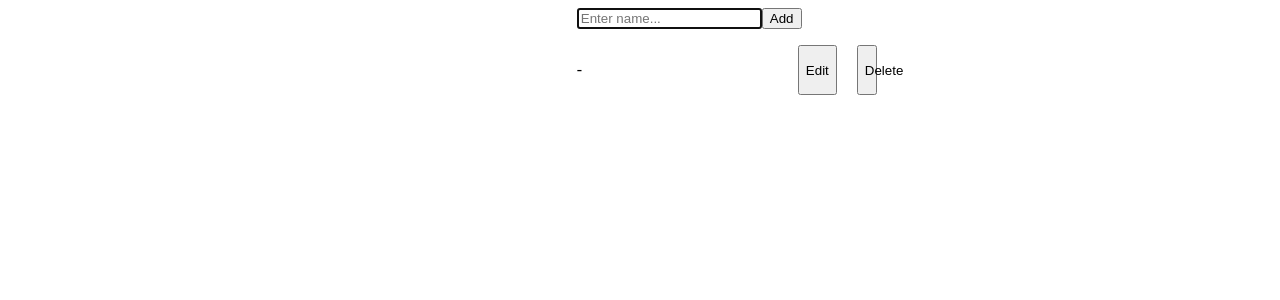
Repository: dohuuxuyen/redux-todolist
Page: /, after clicking the first element matching `button`
An editor plug-in stored every save of this project. The page is shown before and after the next save, followed by the edit.
The browser window is 1280 px wide. The pictures show the whole page.
The project was rebuilt for these pictures with package versions that can differ from the ones it lists, and the page was loaded fresh each time. Also part of the build but not shown: src/App.css.

Above is the page before, as saved 2022-04-30 14:00:40.

### src/index.js
import React from "react";
import ReactDOM from "react-dom/client";
import { Provider } from "react-redux";
import App from "./App";
import store from "./redux/store";

const root = ReactDOM.createRoot(document.getElementById("root"));
root.render(
  <Provider store={store}>
    <App />
  </Provider>
);

### src/App.js
import "./App.css";
import Todos from "./components/Todos/Todos";

function App() {
  return (
    <div className="App">
      <Todos />
    </div>
  );
}

export default App;

### src/components/Todos/Todos.jsx
import React, { useRef } from "react";
import { useDispatch, useSelector } from "react-redux";
import { addTodos, deleteTodos, setTodoInput } from "../../redux/actions";
import { todoInputSelector, todosSelector } from "../../redux/selector";

const Todos = () => {
  const refTodoInput = useRef();
  const todoInput = useSelector(todoInputSelector);
  const todos = useSelector(todosSelector);
  const dispatch = useDispatch();
  console.log(todos);

  const handleTodoInputChange = (e) => {
    dispatch(setTodoInput(e.target.value));
  };

  const handleAdd = () => {
    dispatch(addTodos(todoInput));
    dispatch(setTodoInput(""));
    refTodoInput.current.focus();
  };
  console.log(todoInput);

  const handleDelete = (index) => {
    dispatch(deleteTodos(index));
  };
  return (
    <div style={{ width: "300px", marginLeft: "45%" }}>
      <input
        ref={refTodoInput}
        value={todoInput}
        type="text"
        placeholder="Enter name..."
        onChange={handleTodoInputChange}
      />
      <button onClick={handleAdd}>Add</button>
      <ul style={{ width: "100%", paddingLeft: 0 }}>
        {todos.map((todo, index) => (
          <li style={{ display: "flex" }} key={index}>
            <p style={{ flex: "1" }}>- {todo}</p>
            <button style={{}} onClick={() => handleDelete(index)}>
              Edit
            </button>
            <button
              style={{ marginLeft: "20px", width: "20px" }}
              onClick={() => handleDelete(index)}
            >
              Delete
            </button>
          </li>
        ))}
      </ul>
    </div>
  );
};

export default Todos;

### src/redux/reducer.js
import { combineReducers } from "redux";
import todosReducer from "../components/Todos/todosReducer";

const rootReducer = combineReducers({
  todos: todosReducer,
});

export default rootReducer;

### src/redux/actions.js
export const searchFilter = (payload) => {
  return {
    type: "Filter/SEARCH_FILTER",
    payload: payload,
  };
};

export const setTodoInput = (payload) => {
  return {
    type: "Todos/SET_TODO_INPUT",
    payload: payload,
  };
};

export const addTodos = (payload) => {
  return {
    type: "Todos/ADD_TODOS",
    payload: payload,
  };
};

export const deleteTodos = (payload) => {
  return {
    type: "Todos/DELETE_TODOS",
    payload: payload,
  };
};

export const clearTodos = (payload) => {
  return {
    type: "Todos/CLEAR_TODOS",
    payload: payload,
  };
};

export const updateTodos = (payload) => {
  return {
    type: "Todos/UPDATE_TODOS",
    payload: payload,
  };
};

### src/redux/selector.js
export const todoInputSelector = (state) => state.todos.todoInput;
export const todosSelector = (state) => state.todos.todos;

### src/components/Todos/todosReducer.js
const initialState = {
  todoInput: "",
  todos: [],
};

const todosReducer = (state = initialState, action) => {
  switch (action.type) {
    case "Todos/SET_TODO_INPUT":
      return {
        ...state,
        todoInput: action.payload,
      };
    case "Todos/ADD_TODOS":
      return {
        ...state,
        todos: [...state.todos, action.payload],
      };
    case "Todos/DELETE_TODOS":
      return {
        ...state,
        todos: [
          ...state.todos.filter((todo, index) => index !== action.payload),
        ],
      };
    default:
      return state;
  }
};

export default todosReducer;

Loaded but not shown: public/index.html (common file); src/redux/store.js (common file)

After the next save:
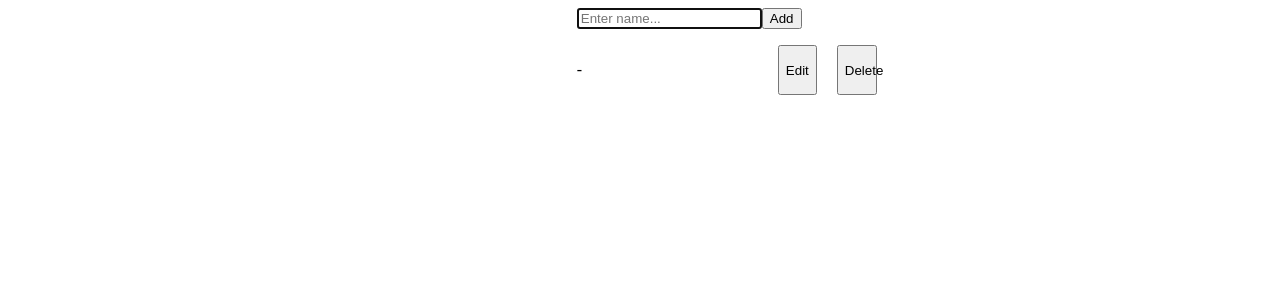
Saved 4 s later.
--- a/src/components/Todos/Todos.jsx
+++ b/src/components/Todos/Todos.jsx
@@ -42,7 +42,7 @@ const Todos = () => {
               Edit
             </button>
             <button
-              style={{ marginLeft: "20px", width: "20px" }}
+              style={{ marginLeft: "20px", width: "40px" }}
               onClick={() => handleDelete(index)}
             >
               Delete
